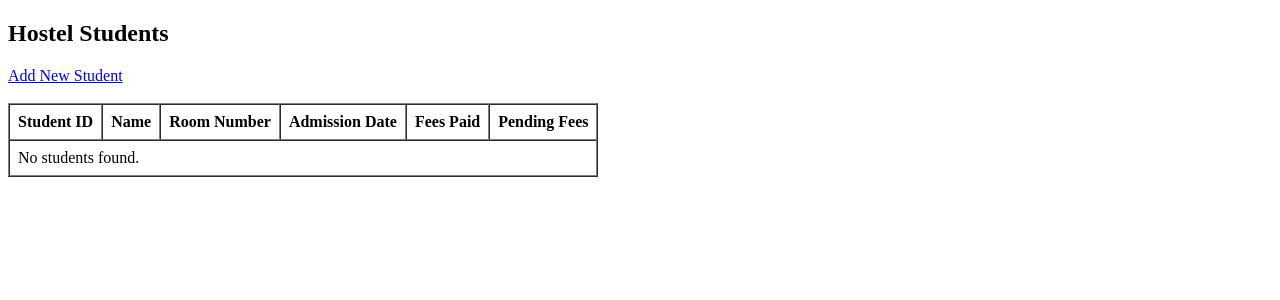
Repository: Keerthana2M/Hostel-Management-system
Page: http://localhost/Hostelweb/DisplayStudentsServlet
The author's editor kept a copy of each file at every save. The page is drawn from the files as they stood at one save, then again after the next save.
The browser window is 1280 px wide. The pictures show the whole page.
The page is served by Tomcat 9. Other server files are loaded and not shown. Queries for data that is not in the repository find no rows.

Above is the page before, as saved 2025-05-28 12:24:13.

### Hostelweb/src/main/webapp/studentdisplay.jsp
<%@ page language="java" contentType="text/html; charset=UTF-8" pageEncoding="UTF-8"%>
<%@ page import="java.util.List" %>
<%@ page import="com.model.student" %>
<!DOCTYPE html>
<html>
<head>
  <title>Student List</title>
</head>
<body>
<h2>Hostel Students</h2>
<a href="studentadd.jsp">Add New Student</a><br><br>

<table border="1" cellpadding="8" cellspacing="0">
  <tr>
    <th>Student ID</th>
    <th>Name</th>
    <th>Room Number</th>
    <th>Admission Date</th>
    <th>Fees Paid</th>
    <th>Pending Fees</th>
  </tr>

  <%
    List<student> students = (List<student>) request.getAttribute("studentsList");
    if (students != null && !students.isEmpty()) {
      for (student s : students) {
  %>
  <tr>
    <td><%= s.getId() %></td>
    <td><%= s.getName() %></td>
    <td><%= s.getRoomNumber() %></td>
    <td><%= s.getAdmissionDate() %></td>
    <td><%= s.getFeesPaid() %></td>
    <td><%= s.getPendingFees() %></td>
  </tr>
  <%
      }
    } else {
  %>
  <tr>
    <td colspan="6">No students found.</td>
  </tr>
  <%
    }
  %>
</table>
</body>
</html>

### Hostelweb/src/main/java/com/servlet/DisplayStudentsServlet.java
package com.servlet;

import com.dao.HostelDAO;
import com.model.student;

import javax.servlet.RequestDispatcher;
import javax.servlet.ServletException;
import javax.servlet.annotation.WebServlet;
import javax.servlet.http.*;
import java.io.IOException;
import java.sql.SQLException;
import java.util.List;

@WebServlet("/DisplayStudentsServlet")
public class DisplayStudentsServlet extends HttpServlet {
    private static final long serialVersionUID = 1L;

    private HostelDAO hostelDAO;

    @Override
    public void init() {
        hostelDAO = new HostelDAO();
    }

    @Override
    protected void doGet(HttpServletRequest request, HttpServletResponse response)
            throws ServletException, IOException {
        try {
            List<student> students = hostelDAO.getAllStudents();
            request.setAttribute("studentsList", students);
        } catch (SQLException e) {
            e.printStackTrace();
            request.setAttribute("errorMessage", "Error retrieving students from database.");
        }

        RequestDispatcher dispatcher = request.getRequestDispatcher("studentdisplay.jsp");
        dispatcher.forward(request, response);
    }
}

After the next save:
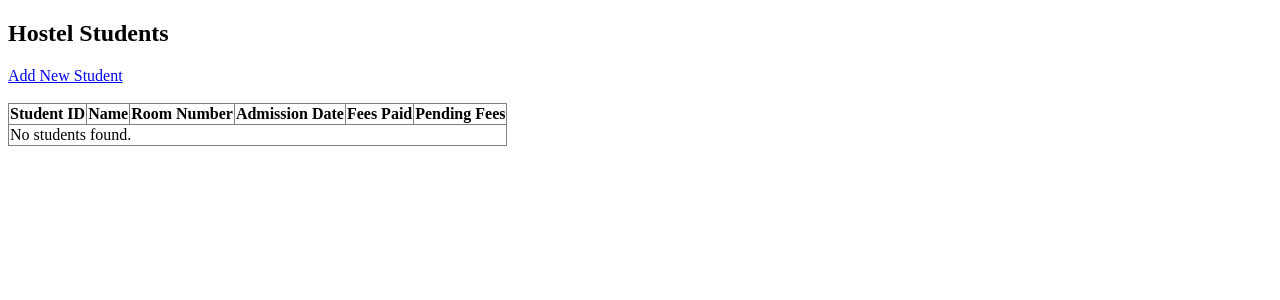
Saved 39 s later.
--- a/Hostelweb/src/main/webapp/studentdisplay.jsp
+++ b/Hostelweb/src/main/webapp/studentdisplay.jsp
@@ -10,7 +10,8 @@
 <h2>Hostel Students</h2>
 <a href="studentadd.jsp">Add New Student</a><br><br>
 
-<table border="1" cellpadding="8" cellspacing="0">
+<table border="1" style="border-collapse: collapse; padding: 8px;">
+
   <tr>
     <th>Student ID</th>
     <th>Name</th>
